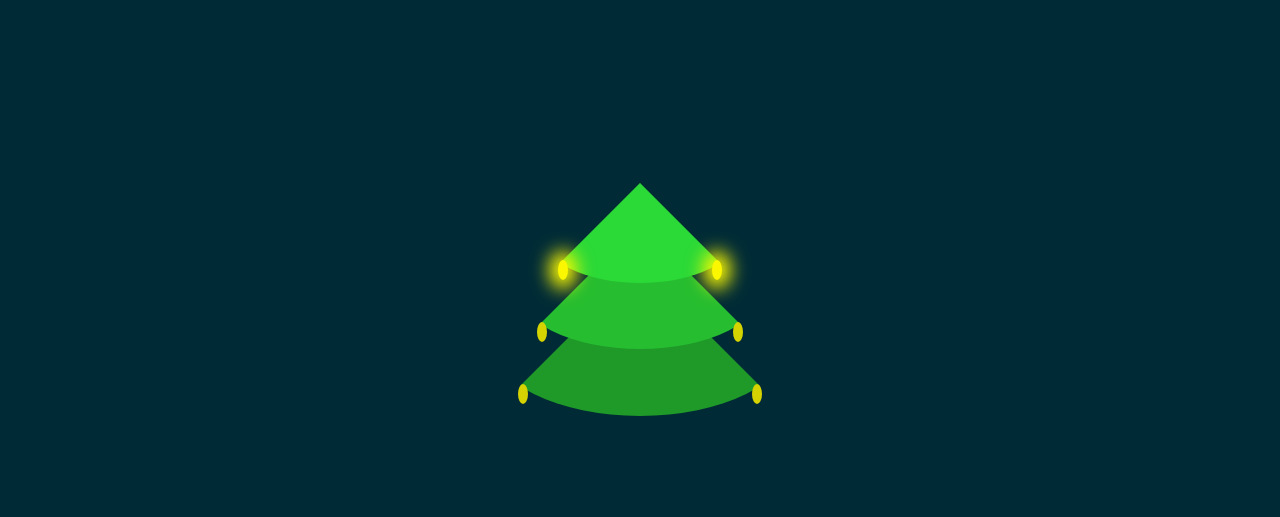
Repository: supakorn5039-boon/Christmas
Page: index.html
These files come from the project's save history. The page is drawn as it stood at one moment and after a run of saves; the edit follows.
The browser window is 1280 px wide. The pictures show the whole page.

Above is the page before, as saved 2023-12-25 08:49:34.

### index.html
<!DOCTYPE html>
<html lang="en">
  <head>
    <meta charset="UTF-8" />
    <meta http-equiv="X-UA-Compatible" content="IE=edge" />
    <meta name="viewport" content="width=device-width, initial-scale=1.0" />
    <link rel="stylesheet" href="styles.css" />
  </head>
  <body>
    <div class="xmas-tree">
      <div class="start">
        <i class="fa-solid fa-star"></i>
      </div>
      <div class="t1"></div>
      <div class="t2"></div>
      <div class="t3"></div>
      <div class="stem"></div>
      <div class="snow-ground"></div>
    </div>
  </body>
  <script href="index.js"></script>
</html>

### styles.css
body {
  height: 100vh;
  margin: 0;
  background: #002b36;
  overflow: hidden;
  display: grid;
  place-items: center;
}

.xmas-tree {
  position: relative;
  width: 500px;
  height: 590px;
  z-index: -2;
}

.star {
  z-index: 3;
  position: absolute;
  color: #fffc00;
  font-style: 40px;
  text-shadow: 0 0 20px #fffc00;
  left: 50%;
  top: 15%;
  margin-left: -22px;
  animation: spin 2s infinite linear forwards;
}

@keyframes spin {
  to {
    transform: rotate(1turn);
  }
}

.t1 {
  position: absolute;
  z-index: 2;
  border-bottom: 100px solid #2bd937;
  margin-left: -100px;
  border-right: 100px solid transparent;
  border-left: 100px solid transparent;
  border-bottom-left-radius: 50%;
  border-bottom-right-radius: 50%;
  top: 20%;
  left: 50%;
}
.t2 {
  position: absolute;
  z-index: 1;
  border-bottom: 125px solid #26bd30;
  margin-left: -125px;
  border-right: 125px solid transparent;
  border-left: 125px solid transparent;
  border-bottom-right-radius: 50%;
  border-bottom-left-radius: 50%;
  top: 27%;
  left: 50%;
}

.t3 {
  position: absolute;
  border-bottom: 150px solid #1f9927;
  margin-left: -150px;
  border-right: 150px solid transparent;
  border-left: 150px solid transparent;
  border-bottom-right-radius: 50%;
  border-bottom-left-radius: 50%;
  top: 34%;
  left: 50%;
}

.t1::before,
.t1::after,
.t2::before,
.t2::after,
.t3::before,
.t3::after {
  position: absolute;
  content: "";
  background: #d6d400;
  z-index: 3;
  width: 10px;
  height: 20px;
  border-radius: 50%;
  animation: blink 1.5s infinite;
}

.t2::before {
  animation-delay: 0.5s;
}
.t2::after {
  animation-delay: 0.5s;
}

.t3::before {
  animation-delay: 1s;
}
.t3::after {
  animation-delay: 1s;
}

@keyframes blink {
  30% {
    background: rgb(255, 252, 0);
    box-shadow: 0 0 20px 10px #fffc00;
  }
  60% {
    background: #d6d400;
    box-shadow: 0 0 0px 0px #fffc00;
  }
}

.t1::before {
  top: 77px;
  left: -82px;
}
.t1::after {
  top: 77px;
  right: -82px;
}

.t2::before {
  top: 98px;
  left: -103px;
}
.t2::after {
  top: 98px;
  right: -103px;
}

.t3::before {
  top: 118px;
  left: -122px;
}

.t3::after {
  top: 118px;
  right: -122px;
}

.stem {
  position: absolute;
  top: 53%;
  left: 50%;
  margin-left: -20px;
  width: 40px;
  height: 100px;
  z-index: 1;
  background: #3;
}

After the next 2 saves:
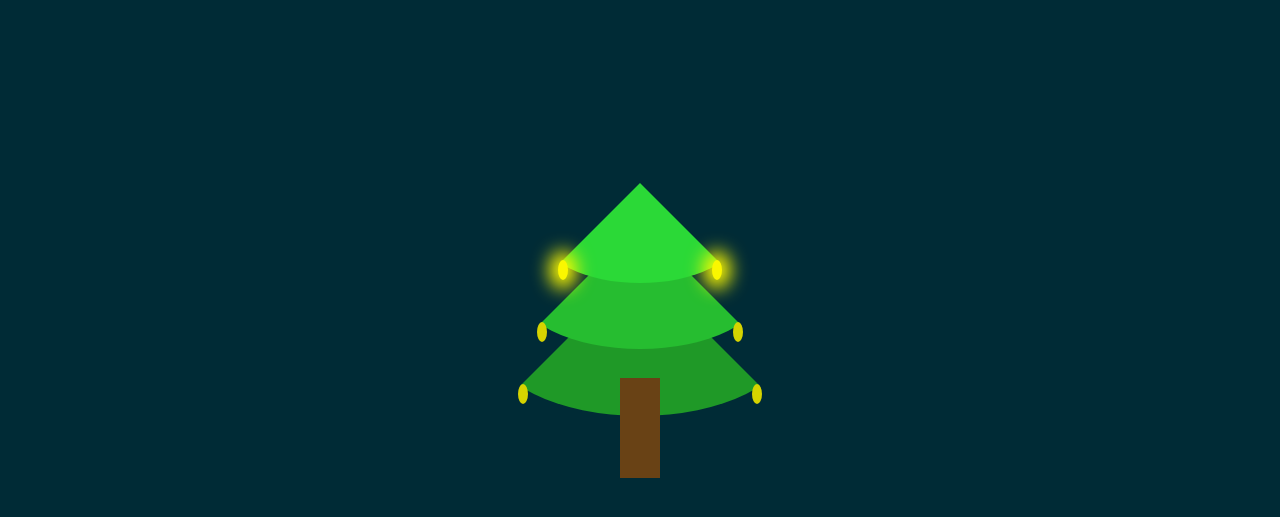
The 2 saves are shown as one change because they came seconds apart.
The last was saved 5 s later.
--- a/styles.css
+++ b/styles.css
@@ -146,5 +146,5 @@ body {
   width: 40px;
   height: 100px;
   z-index: 1;
-  background: #3;
+  background: #694215;
 }
